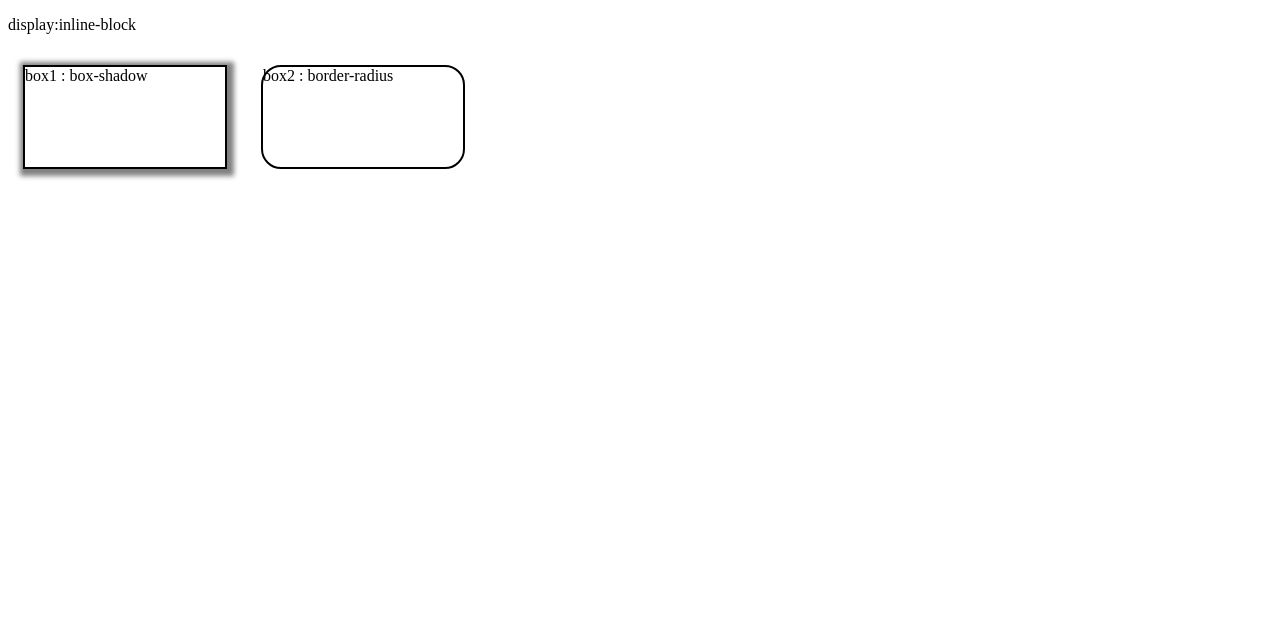
Repository: yeonddu/green_css
Page: web/pro01/songyeonsu/box-model.html
An editor plug-in stored every save of this project. The page is shown before and after the next save, followed by the edit.
The browser window is 1280 px wide. The pictures show the whole page.

Above is the page before, as saved 2022-12-13 07:52:46.

After the next save:
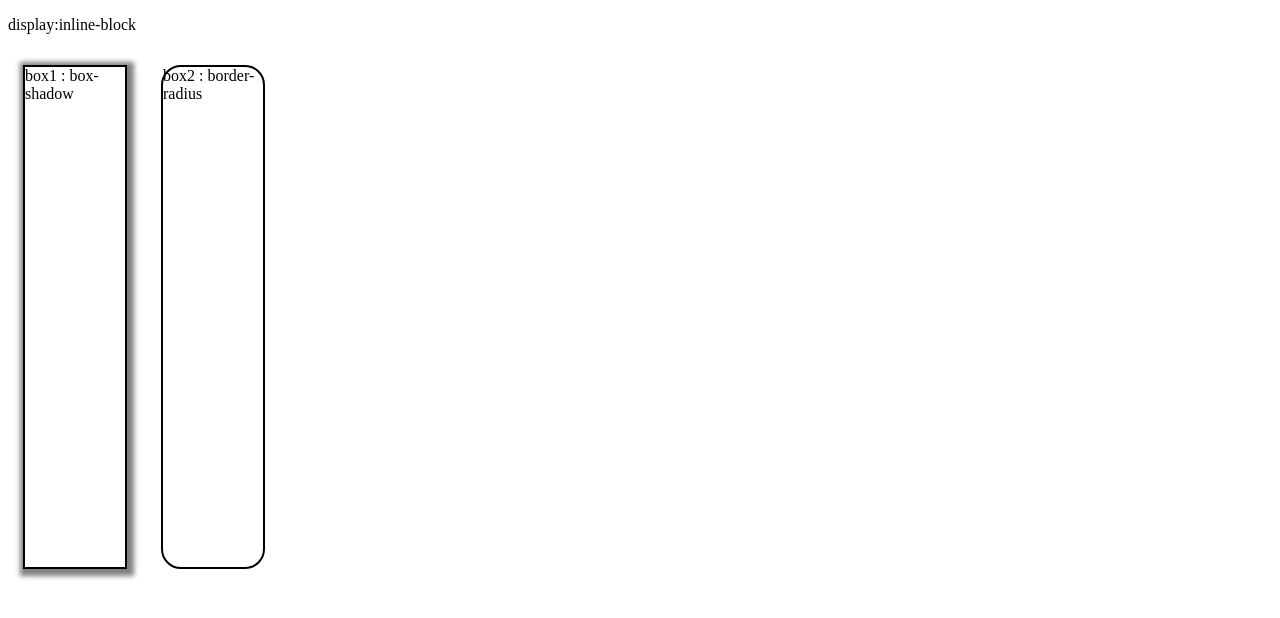
Saved 13 s later.
--- a/web/pro01/songyeonsu/box-model.html
+++ b/web/pro01/songyeonsu/box-model.html
@@ -7,8 +7,8 @@
 
 	div {
 		display:inline-block;
-		width:200px;
-		height:100px;
+		width:100px;
+		height:500px;
 		margin:15px;
 	}
 	.box1 {
